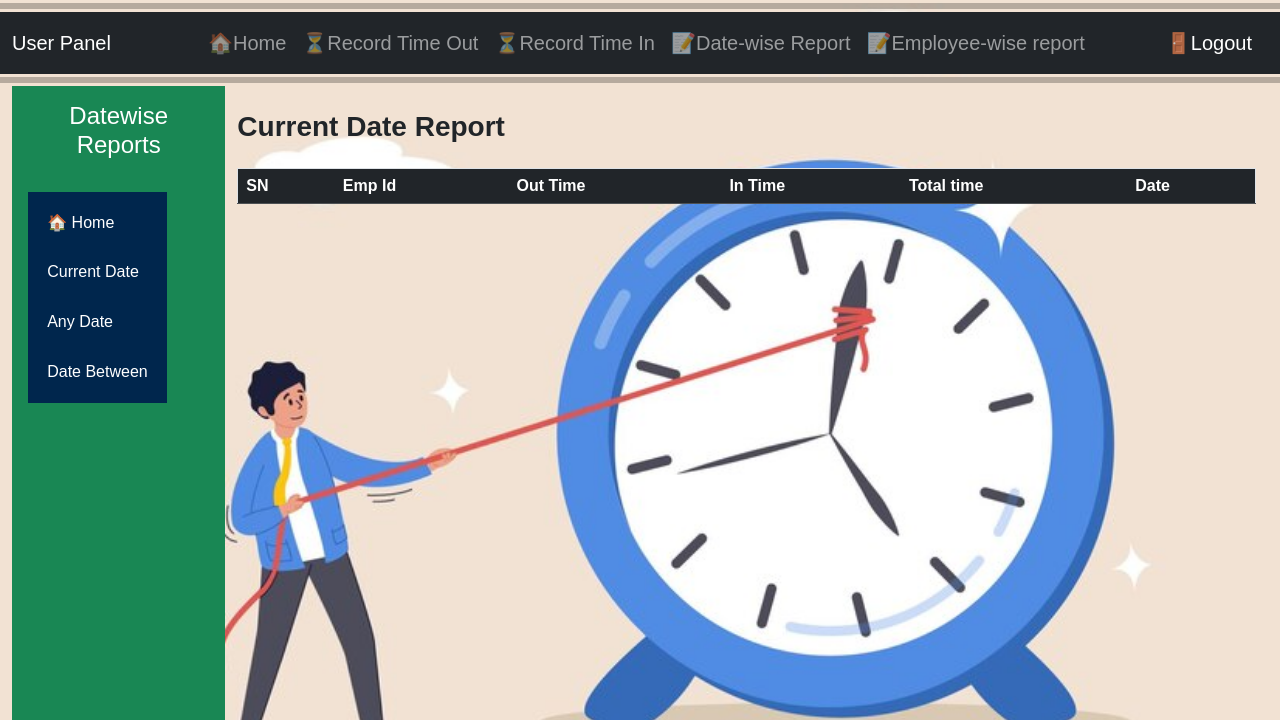
Repository: tecresearch/fullstack-training
Page: http://localhost/user/reports/datewise/anydate-dashboard
An editor plug-in stored every save of this project. The page is shown before and after the next save, followed by the edit.
The browser window is 1280 px wide. The pictures show the whole page.
The page is this project's Thymeleaf template; nobody is signed in. The template is opened directly, without the code that normally fills it, so the values that code supplies are empty.

Above is the page before, as saved 2025-03-19 07:15:18.

### a4-spring-boot/employee-time-tracker/src/main/resources/templates/user/reports/datewise/anydate-dashboard.html
<html xmlns:th="http://www.thymeleaf.org">
<!-- admin navbar -->
<div th:insert="~{@{user/user-navbar}}"></div>

<head>
	<meta charset="UTF-8">
	<meta name="viewport" content="width=device-width, initial-scale=1.0">
	<title>Datewise Report Dashboard</title>
</head>

<body class="ubg-image">
	<div class="container-fluid">
		<div class="row">
			<!-- Sidebar -->
			<div th:insert="~{@{user/reports/datewise/date-sidebar}}"></div>
			<!-- Main Content -->
			<main class="col-md-9 col-lg-10 offset-md-3 offset-lg-2 p-4">
				<div class="d-flex justify-content-between align-items-center mb-3">
					<h3 class="fw-bold">Current Date Report</h3>
				</div>

				<!-- Current Date Report Table -->
				<div class="table-responsive">
					<table class="table table-striped table-hover border rounded">
						<thead class="table-dark">
							<tr>
								<th>SN</th>
								<th>Emp Id</th>
								<th>Out Time</th>
								<th>In Time</th>
								<th>Total time</th>
								<th>Date</th>
							</tr>
						</thead>
						<tbody>
							<tr th:each="timeInfo:${currentDateList}">
								<td>1</td>
								<td th:text="${timeInfo.empId}"></td>
								<td th:text="${timeInfo.outime}"></td>
								<td th:text="${timeInfo.intime}"></td>
								<td th:text="${timeInfo.totaltime}"></td>
								<td th:text="${timeInfo.date}"></td>
							</tr>
						</tbody>
					</table>
				</div>
			</main>
		</div>
	</div>
	<script src="https://cdn.jsdelivr.net/npm/bootstrap@5.3.0/dist/js/bootstrap.bundle.min.js"></script>
</body>

</html>

### a4-spring-boot/employee-time-tracker/src/main/resources/templates/user/user-navbar.html
<html xmlns:th="http://www.thymeleaf.org">
  <head>
	<div th:insert="~{@{csslink}}"></div>
	<style>
		.bt {
           padding: 5px 10px;
		   border-radius: 5px;
		   transition: background-color 0.3s;
		   color:blue;
		   font-size:1.5vw;
		   background-color: white;
		   margin-left: 5px;
		   margin-top: 0px;
		 }
		.nav-link:hover{
			color:white;
		}
    </style>
	<script>
	        document.addEventListener("DOMContentLoaded", function () {

				document.querySelectorAll("nav a").forEach(link => {
				    if (link.href === window.location.href) {
				      link.classList.add("active");
				    }
				  });
	        });
	    </script>
</head>
<body>
  <hr style="border:3px solid black;margin-top:3px;margin-bottom:3px">
  <nav class="navbar navbar-expand-lg navbar-dark bg-dark">
	<div class="container-fluid">
	   <a class="navbar-brand" href="#">User Panel</a>
	   <button class="navbar-toggler" type="button" data-bs-toggle="collapse" data-bs-target="#navbarNav">
		 <span class="navbar-toggler-icon"></span>
	   </button>
	   <div class="collapse navbar-collapse justify-content-center" id="navbarNav">
	 	<ul class="navbar-nav">
		  <li class="nav-item">
		     <a class="nav-link fs-5" href="/employee-timetracker/user/home">🏠Home</a>
		  </li>
		  <li class="nav-item">
			 <a class="nav-link fs-5" id="recordTimeOut" data-bs-target="#employeeTimeOutModal" data-bs-toggle="modal" href="#">⏳Record Time Out</a>
		  </li>
		  <li class="nav-item">
			 <a class="nav-link fs-5" id="recordTimeIn" data-bs-target="#employeeTimeInModal" data-bs-toggle="modal" href="#">⏳Record Time In</a>
		  </li>
		  <li class="nav-item">
			 <a class="nav-link fs-5" href="/employee-timetracker/user/datewise/report">📝Date-wise Report</a>
		  </li>
		  <li class="nav-item">
		     <a class="nav-link fs-5" href="#">📝Employee-wise report</a>
		  </li>
		</ul>
	  </div>
	  <a class="navbar-brand" href="#">🚪Logout</a>
	 </div>
    </nav>
   </div>
   <hr style="border:3px solid black;margin-top:3px;margin-bottom:3px">
</body>
</html>

### a4-spring-boot/employee-time-tracker/src/main/resources/templates/csslink.html
<link th:href="@{/CSS/bootstrap.min.css}" rel="stylesheet">
<link th:href="@{/CSS/timetracker.css?v=2.0}" rel="stylesheet">
<script src="https://code.jquery.com/jquery-3.6.0.min.js"></script>
<script th:src="@{/JS/employee/ajax.js?v=2.0}" type="module"></script>
<script th:src="@{/JS/user.js?v=2.0}"></script>
<script th:src="@{/JS/user/userajax.js?v=2.0}" type="module"></script>
<script th:src="@{/JS/user/check.js?v=2.0}"></script>

### a4-spring-boot/employee-time-tracker/src/main/resources/templates/user/reports/datewise/date-sidebar.html
<nav class="col-md-3 col-lg-2 d-md-block bg-success text-white vh-100 position-fixed">
	<div class="p-3">
		<h4 class="text-center">Datewise Reports</h4>
		<ul class="nav flex-column mt-4 position-fixed">
			<li class="nav-item">
				<a class="nav-link text-white active" href="#">🏠 Home</a>
			</li>
			<li class="nav-item">
				<a class="nav-link text-white" id="addUser1" data-bs-toggle="modal" data-bs-target="#addUserModal" href="#">Current Date</a>
			</li>
			<li class="nav-item">
				<a class="nav-link text-white" id="listUser" data-bs-toggle="modal" data-bs-target="#listUserModal" href="#">Any Date</a>
			</li>
			<li class="nav-item">
				<a class="nav-link text-white" data-bs-toggle="modal" data-bs-target="#deleteUserModal" href="#">Date Between</a>
			</li>
		</ul>
	</div>
</nav>

### a4-spring-boot/employee-time-tracker/src/main/resources/static/CSS/timetracker.css
body {
    font-family: Arial, sans-serif;
    margin: 0;
    padding: 0;
    background-color: #f4f4f4;
}
.header {
    background-color: #004080;
    color: white;
    padding: .8vw;
    text-align: center;
}
.nav {
    display: flex;
    justify-content: center;
    background: #00264d;
    padding: .5vw;
}
.nav a {
    color: white;
    padding: 1vw 1vw;
    text-decoration: none;
}
.hero {
    height: 20vw;
    display: flex;
    align-items: center;
    justify-content: center;
    color: white;
    font-size: 1.3vw;
    text-shadow: 2px 2px 5px rgba(0, 0, 0, 0.5);
}
.services {
    text-align: center;
    padding: .5vw;
}
.services div {
    display: inline-block;
    background: white;
    padding: .5vw;
    margin: .5vw;
    border-radius:.2vw;
    box-shadow: 0px 0px .5vw rgba(0, 0, 0, 0.1);
}
.footer {
    background: #004080;
    color: white;
    text-align: center;
    padding: .5vw;
    margin-top: .2vw;
}
.ddm{
    background:#00264d;
}
.bt{
    border:none;
    color:white;
    cursor: pointer;
    background: #00264d;
    margin-top: 12px;
}
a.dropdown-item:hover{
    background:white;
    color:#00264d;
}
.bg-image{
	background: url("../images/time.jpg")no-repeat center center/cover
}
.ubg-image{
	background: url("../images/tracker2.jpg")no-repeat center center/cover
}
.ch{
	height:18vw;
}

### a4-spring-boot/employee-time-tracker/src/main/resources/static/JS/employee/ajax.js
import { loadEmployeeDelete } from './empdelete.js';
import { loadEmployeeEdit } from './empedit.js';
import { popupAddDepartment, popupRole } from './emppopup.js';
import { loadEmployeeList } from './emplist.js';
$(document).ready(function() {
	$("#loadDeleteEmployee").click(function() {
		loadEmployeeDelete();
	});
	$("#loadEditEmployee").click(function() {
		loadEmployeeEdit();
	});
	$("#addEmployee").click(function() {
		popupAddDepartment();
	});
	$("#addEmployee1").click(function() {
		popupAddDepartment();
	});
	$("#department").change(function() {
		alert($(this).val());
		popupRole($(this).val(), "role");
	});
	$("#edepartment").change(function() {
		popupRole($(this).val(), "erole");
	});
	$("#listEmployee").click(function() {
		loadEmployeeList();
	});
});

### a4-spring-boot/employee-time-tracker/src/main/resources/static/JS/user.js
function matchPassword() {

	if (document.getElementById("rpassword").value != document.getElementById("password").value) {
		alert("Repeat password doen not match with password")
		return false;
	}
	return true;
}
function validatePassword() {
	var password = document.getElementById("password").value;
	var pattern = /^(?=.*[A-Z])(?=.*[a-z])(?=.*\d)(?=.*[@#$%^&+=!]).{8,}$/;
	var message = document.getElementById("passwordMessage");

	if (!pattern.test(password)) {
		message.style.color = "red";
		message.innerHTML = "Password must be at least 8 characters long and include uppercase, lowercase, a number, and a special character.";
		return false;
	} else {
		message.style.color = "green";
		message.innerHTML = "Strong password!";
		return true;
	}
}
function validatePasswordMatch() {
	var password = document.getElementById("password").value;
	var confirmPassword = document.getElementById("rpassword").value;
	var message = document.getElementById("passwordMatchMessage");

	if (confirmPassword.length > 0) {
		if (password === confirmPassword) {
			message.style.color = "green";
			message.innerHTML = "Passwords match!";
		} else {
			message.style.color = "red";
			message.innerHTML = "Passwords do not match!";
		}
	} else {
		message.innerHTML = "";
	}
}
function validateEmail() {
	var email = document.getElementById("email").value;
	var emailPattern = /^[a-zA-Z0-9._%+-]+@[a-zA-Z0-9.-]+\.[a-zA-Z]{2,}$/;
	var message = document.getElementById("emailMessage");

	if (emailPattern.test(email)) {
		message.style.color = "green";
		message.innerHTML = "Valid email!";
	} else {
		message.style.color = "red";
		message.innerHTML = "Invalid email format!";
	}
}

### a4-spring-boot/employee-time-tracker/src/main/resources/static/JS/user/userajax.js
import { popupEmployeeInName,popupEmployeeOutName } from './namepopup.js';
$(document).ready(function() {
	$("#recordTimeOut").click(function() {
		popupEmployeeInName()
	});
	$("#recordTimeIn").click(function() {
			popupEmployeeOutName()
	});
});

### a4-spring-boot/employee-time-tracker/src/main/resources/static/JS/user/check.js
function checkUserExistense()
{
		$.ajax(
		{
			url: "/employee-timetracker/admin/user/get-user?username=" + document.getElementById("username").value,
			type: "GET",
			success: function(response)
			{
				if (response)
				{
					document.getElementById("userExistMessage").innerHTML = "User name alerady exist";
					return false;
				}
			},
			error: function()
			{
				console.error("AJAX Error: " + error);
			}
		});
	return true;
  }

### a4-spring-boot/employee-time-tracker/src/main/resources/static/JS/employee/empdelete.js
export function loadEmployeeDelete() {
	$.ajax({
		url: "/employee-timetracker/admin/employee/get-employee-delete?eid=" + document.getElementById("deleteEid").value,
		type: "GET",
		success: function(response) {
			if (response.msg != null) {
				alert(response.msg);
			}
			else {
				document.getElementById("employeeDeleteDetails").style.display = "block";
				alert(response.department);
				for (let key in response) {
					document.getElementById("lbl"+key).innerHTML = response[key];
				}
			}
		},
		error: function() {
			console.error("AJAX Error: " + error);
		}
	});
}
//window.loadEmployeeDelete = loadEmployeeDelete;

### a4-spring-boot/employee-time-tracker/src/main/resources/static/JS/employee/empedit.js
import { popupEditDepartment,popupRole} from './emppopup.js';
export function loadEmployeeEdit() {
	$.ajax({
		url: "/employee-timetracker/admin/employee/get-employee-edit?eid=" + document.getElementById("editEid").value,
		type: "GET",
		success: function(response) {
			if (response.msg != null) {
				document.getElementById("employeeEditDetails").style.display = "none";
				alert(response.msg);
			}
			else {
				document.getElementById("employeeEditDetails").style.display = "block";
				popupEditDepartment(response["department"],response["role"]);
				for (let key in response) {
					if(key!="department")
						document.getElementById(key).value = response[key];
				}
				//popupRole(document.getElementById("edepartment").value,"erole");
			}
		},
		error: function() {
			console.error("AJAX Error: " + error);
		}
	});
}

### a4-spring-boot/employee-time-tracker/src/main/resources/static/JS/employee/emppopup.js
export function popupAddDepartment() {
	$.ajax({
		url: "/employee-timetracker/admin/employee/department-list",
		type: "GET",
		success: function(response) {
			let deptDropdown = $("#department");
			deptDropdown.empty();
			for (let key in response) {
				deptDropdown.append('<option value="' + key + '">' + response[key] + '</option>')
			}
			popupRole(document.getElementById("department").options[0].value,"role");
		},
		error: function() {
			console.error("AJAX Error:", error);
		}
	});
}
export function popupEditDepartment(deptId,roleId) {
	$.ajax({
		url: "/employee-timetracker/admin/employee/department-list",
		type: "GET",
		success: function(response) {
			let deptDropdown = $("#edepartment");
			deptDropdown.empty();
			//deptDropdown.append('<option value="-1">Choose Department</option>')
			for (let key in response) {
				if(deptId==key)
					deptDropdown.append('<option selected="selected" value="' + key + '">' + response[key] + '</option>');
				else
					deptDropdown.append('<option value="' + key + '">' + response[key] + '</option>');
			}
			popupRole1(deptId,"erole",roleId);
		},
		error: function() {
			console.error("AJAX Error:", error);
		}
	});
}
export function popupRole(deptId,role) {
	let roleDropDown = $("#"+role);
	$.ajax({
		url: "/employee-timetracker/admin/employee/role-list?deptId=" + deptId,
		type: "GET",
		success: function(response) {
			roleDropDown.empty();
			for (let key in response) {
				roleDropDown.append('<option value="' + key + '">' + response[key] + '</option>')
			}
		},
		error: function() {
			console.error("AJAX Error:", error);
		}
	});
}
export function popupRole1(deptId,role,roleId) {
	let roleDropDown = $("#"+role);
	$.ajax({
		url: "/employee-timetracker/admin/employee/role-list?deptId=" + deptId,
		type: "GET",
		success: function(response) {
			roleDropDown.empty();
			for (let key in response) {
				if(roleId==key)
					roleDropDown.append('<option selected value="' + key + '">' + response[key] + '</option>')
				else
					roleDropDown.append('<option value="' + key + '">' + response[key] + '</option>');
			}
		},
		error: function() {
			console.error("AJAX Error:", error);
		}
	});
}

### a4-spring-boot/employee-time-tracker/src/main/resources/static/JS/employee/emplist.js
export function loadEmployeeList() {
	$.ajax({
		url: "/employee-timetracker/admin/employee/get-employee-list",
		type: "GET",
		success: function(response) {
			let tableBody=$("#employeeList tbody");
			tableBody.empty();
			response.forEach(item=>{
				let row=`<tr>
				   <td>${item.empId}</td>
				   <td>${item.firstname}</td>
				   <td>${item.lastname}</td>
				   <td>${item.email}</td>
				   <td>${item.phone}</td>
				   <td><a href="#">${item.deptId}</a></td>
				   <td><a href="#">${item.roleId}</a></td>
				   <td>${item.timein}</td>
				   <td>${item.timeout}</td>
				</tr>`;
				tableBody.append(row);
			});
		},
		error: function() {
			console.error("AJAX Error: " + error);
		}
	});
}

### a4-spring-boot/employee-time-tracker/src/main/resources/static/JS/user/namepopup.js
export function popupEmployeeInName() {
	$.ajax({
		url: "/employee-timetracker/user/time/employee-inlist",
		type: "GET",
		success: function(response) {
				let deptDropdown = $("#inEmpId");
			deptDropdown.empty();
			for (let key in response) {
				deptDropdown.append('<option value="' + key + '">' + response[key] + '('+key+')</option>')
			}
		},
		error: function() {
			console.error("AJAX Error:", error);
		}
	});
}
export function popupEmployeeOutName() {
	$.ajax({
		url: "/employee-timetracker/user/time/employee-outlist",
		type: "GET",
		success: function(response) {
				let deptDropdown = $("#outEmpId");
			deptDropdown.empty();
			for (let key in response) {
				deptDropdown.append('<option value="' + key + '">' + response[key] + '('+key+')</option>')
			}
		},
		error: function() {
			console.error("AJAX Error:", error);
		}
	});
}

Loaded but not shown: a4-spring-boot/employee-time-tracker/src/main/resources/static/CSS/bootstrap.min.css (library)

After the next save:
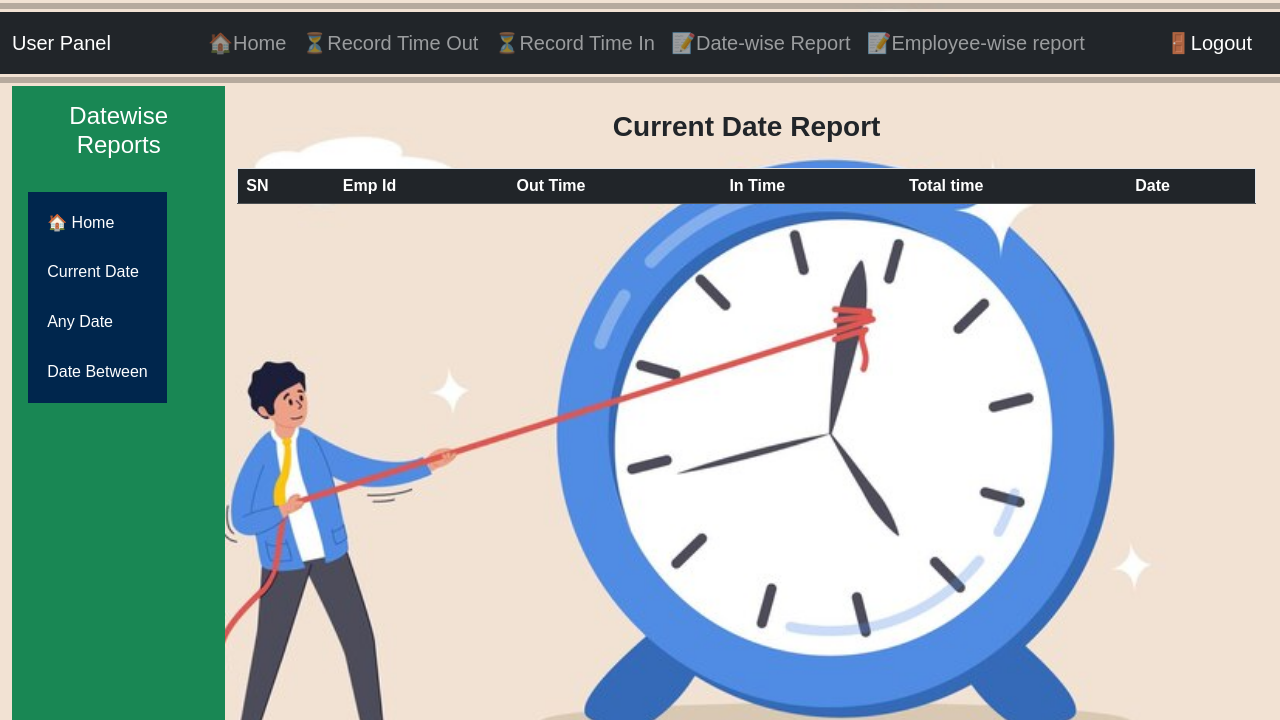
Saved 60 s later.
--- a/a4-spring-boot/employee-time-tracker/src/main/resources/templates/user/reports/datewise/anydate-dashboard.html
+++ b/a4-spring-boot/employee-time-tracker/src/main/resources/templates/user/reports/datewise/anydate-dashboard.html
@@ -15,7 +15,7 @@
 			<div th:insert="~{@{user/reports/datewise/date-sidebar}}"></div>
 			<!-- Main Content -->
 			<main class="col-md-9 col-lg-10 offset-md-3 offset-lg-2 p-4">
-				<div class="d-flex justify-content-between align-items-center mb-3">
+				<div class="d-flex justify-content-center align-items-center mb-3">
 					<h3 class="fw-bold">Current Date Report</h3>
 				</div>
 
